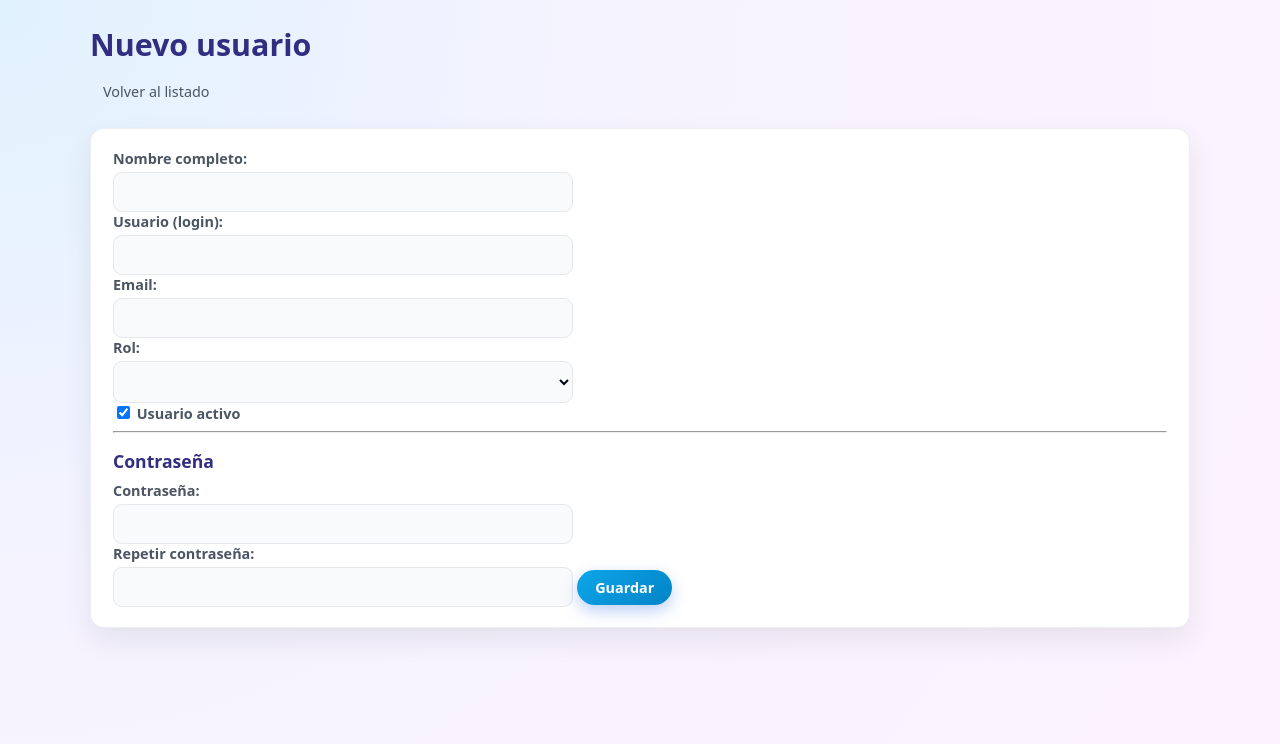
Repository: eleazarrrg/Proyecto-Mesa-Ayuda
Page: http://localhost/mesa-ayuda/usuario_form.php
These files come from the project's save history. The page is drawn as it stood at one moment and after the next save; the edit follows.
The browser window is 1280 px wide. The pictures show the whole page.
The page is run by PHP 8.4 with error messages shown; the project is at /var/www/html/. The session is filled in as if someone had signed in: {"user_id": 1, "user_name": "Test User", "role_id": 1}. Queries for data that is not in the repository find no rows.

Above is the page before, as saved 2025-12-07 13:31:41.

After the next save:
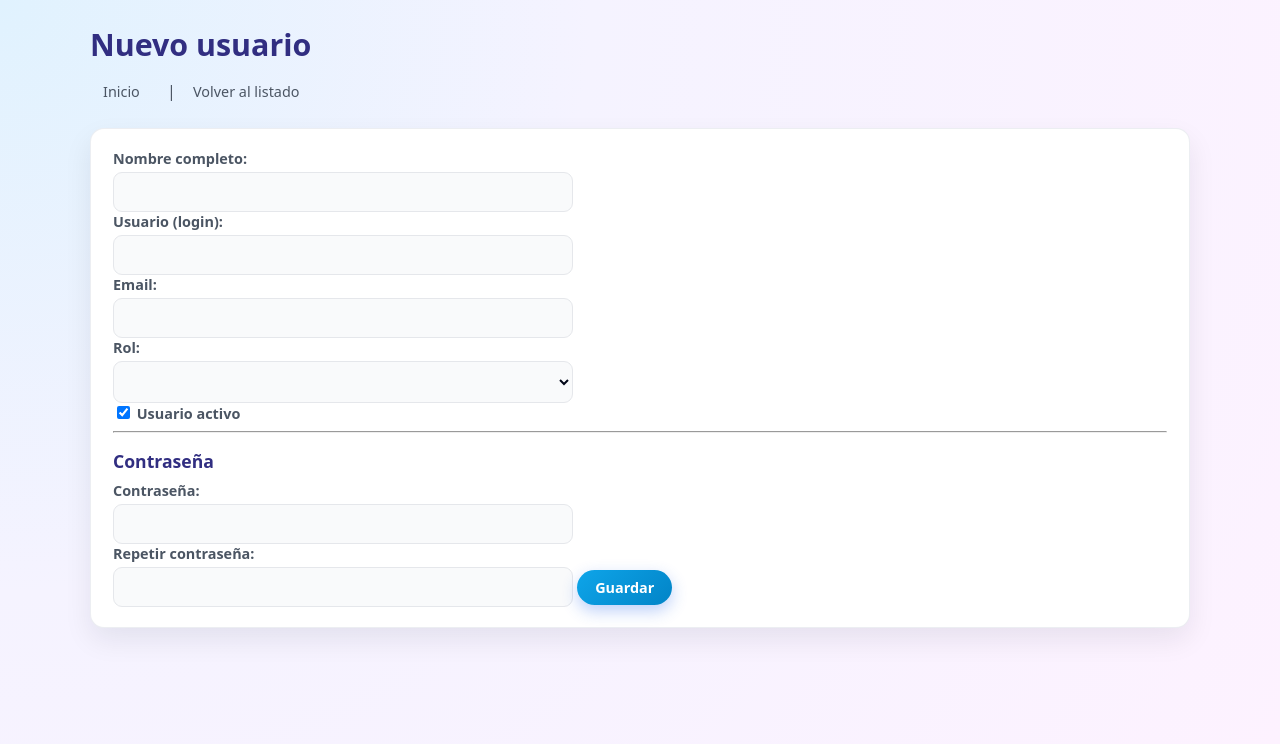
Saved 66 s later.
--- a/public/usuario_form.php
+++ b/public/usuario_form.php
@@ -130,7 +130,10 @@ if ($_SERVER['REQUEST_METHOD'] === 'POST') {
 <body>
     <h1><?= $editando ? 'Editar' : 'Nuevo'; ?> usuario</h1>
 
-    <p><a href="usuarios.php">Volver al listado</a></p>
+    <p>
+        <a href="dashboard.php">Inicio</a> |
+        <a href="usuarios.php">Volver al listado</a>
+    </p>
 
     <?php if (!empty($errores)): ?>
         <ul style="color:red;">
